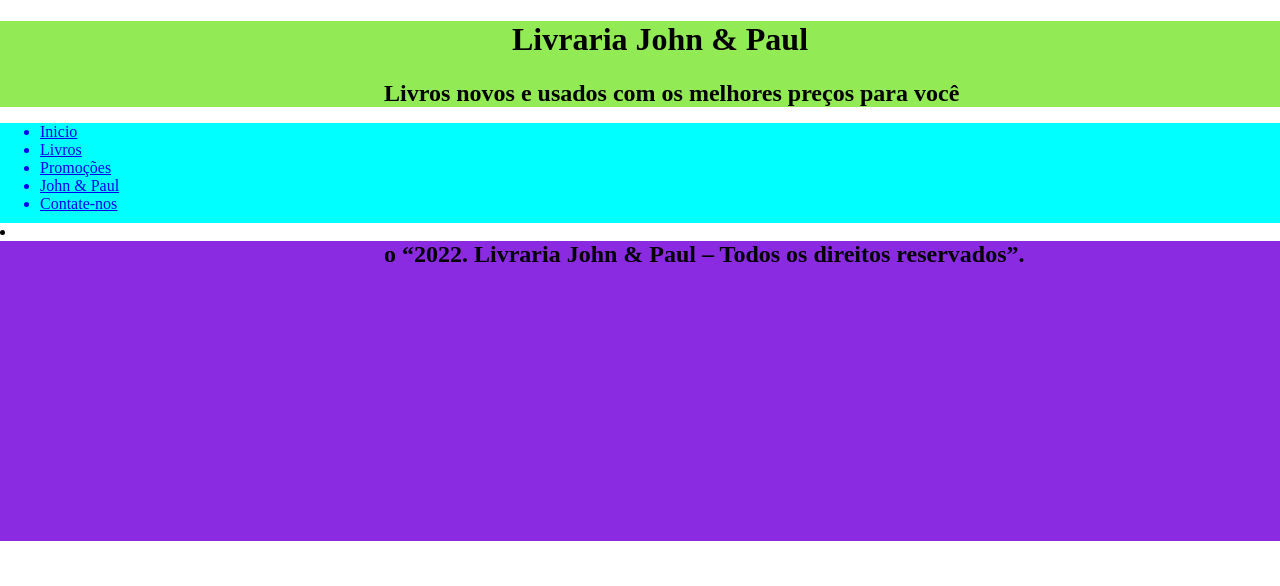
Repository: MarcoantonioCaldeira/Aprendizados-e-Conhecimentos
Page: Projeto-livraria/pages/produtos.html
An editor plug-in stored every save of this project. The page is shown before and after the next save, followed by the edit.
The browser window is 1280 px wide. The pictures show the whole page.

Above is the page before, as saved 2022-05-25 13:34:04.

### Projeto-livraria/pages/produtos.html
<!DOCTYPE html>
<html lang="pt-BR">
    <head>
       <meta charset="utf-8">
       <link rel="stylesheet" href="../css/estilo.css">
       <title>Projeto livraria</title>
    </head>
    <body>
        <div id="topo">
            <h1>Livraria John & Paul</h1>
            <h2>Livros novos e usados com os melhores preços para você</h2>
        </div>

        <div id="menu">
            <ul>
                <a href="#"><li>Inicio</li></a>
                <a href="#"><li>Livros</li></a>
                <a href="#"><li>Promoções</li></a>
                <a href="pages/sobre.html"><li>John & Paul</li></a>
                <a href="#"><li>Contate-nos</li></a>
            </ul>
        </div>

        <div class="Sobre">
     <td>
       <li></li>
     </td>


        </div>
        <div id="rodape">
            <h2>o “2022. Livraria John & Paul – Todos os direitos reservados”.</h2>
        </div>
    </body>
</html>

### Projeto-livraria/css/estilo.css
body, body, h2{
    margin: 0;
    padding: 0;
}

#topo{
    width: 100%;
    height: 10%;
    background-color: rgba(120, 231, 45, 0.808);
}

#menu{
    background-color: aqua;
    width: 100%;
    height: 100px;
}

.destaques{
    background-color: rgb(21, 64, 204);
    width: 100%;
    height: 2500px;
}

h1{
    margin-left: 40%;
}

h2{
    margin-left: 30%;
}

#rodape{
    width: 100%;
    height: 300px;
    background-color: blueviolet;

}

After the next save:
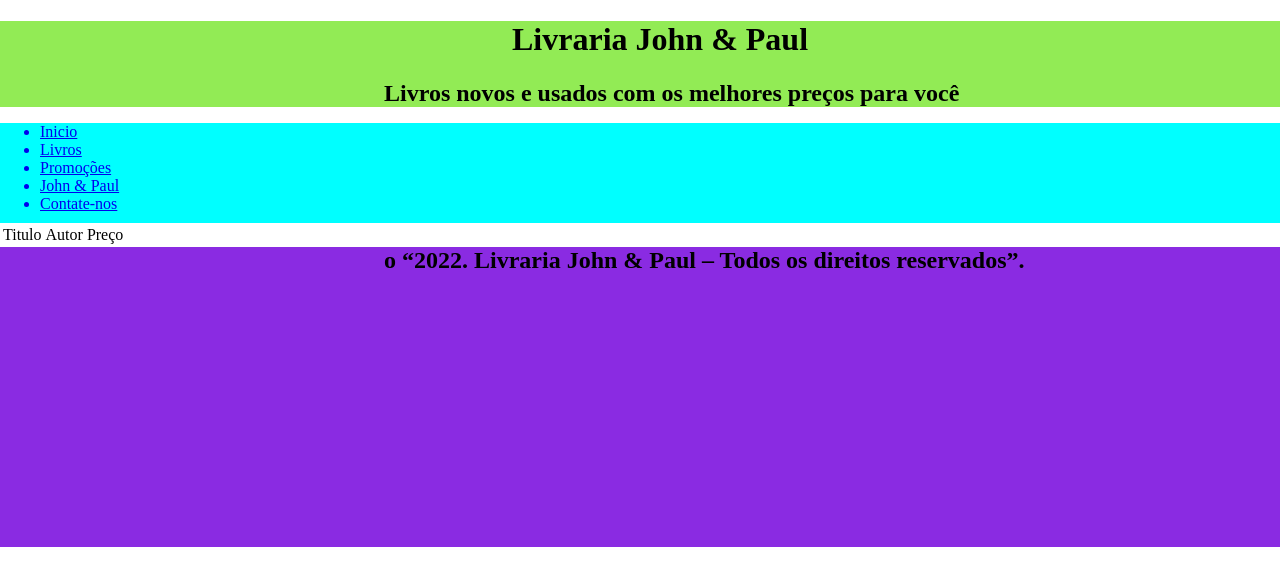
Saved 2 min 14 s later.
--- a/Projeto-livraria/pages/produtos.html
+++ b/Projeto-livraria/pages/produtos.html
@@ -22,10 +22,12 @@
         </div>
 
         <div class="Sobre">
-     <td>
-       <li></li>
-     </td>
 
+          <table>
+            <td>Titulo</td>
+            <td>Autor</td>
+            <td>Preço</td>
+          </table>
 
         </div>
         <div id="rodape">
